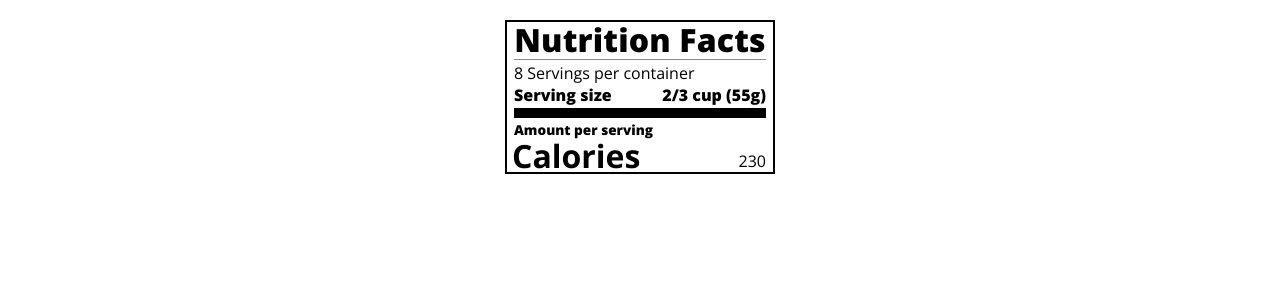
Repository: Lungdjos/typography
Page: index.html
The author's editor kept a copy of each file at every save. The page is drawn from the files as they stood at one save, then again after the next save.
The browser window is 1280 px wide. The pictures show the whole page.

Above is the page before, as saved 2023-10-28 01:33:44.

After the next save:
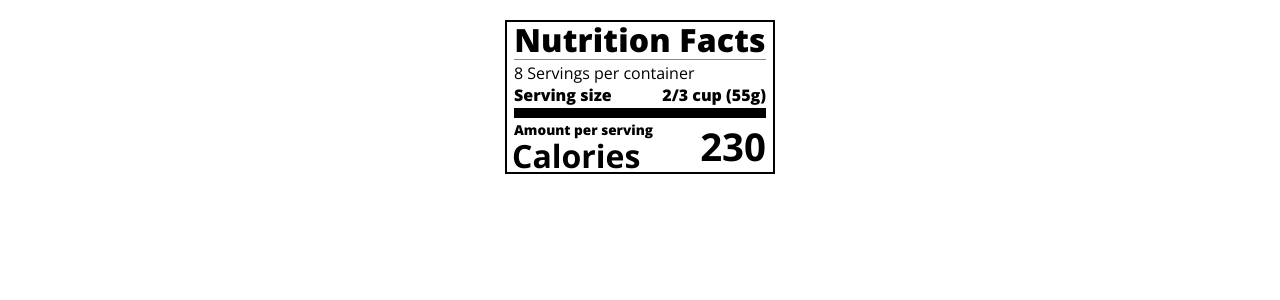
Saved 38 s later.
--- a/styles.css
+++ b/styles.css
@@ -68,7 +68,7 @@ p {
     font-weight: 700;
 }
 
-.left-container span {
+.calories-info span {
     font-size: 2.4em;
     font-weight: 700;
 }
